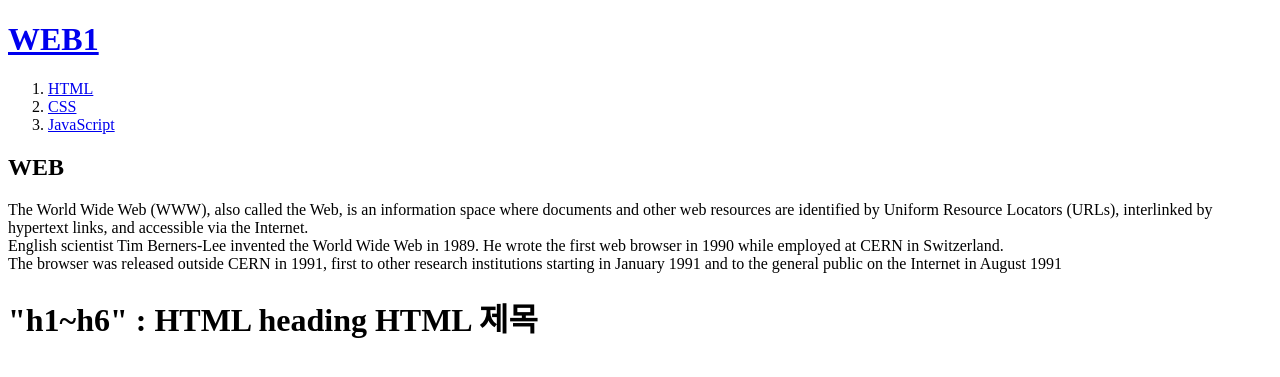
Repository: winterer4/Web-1
Page: HTML5/index.html
An editor plug-in stored every save of this project. The page is shown before and after the next save, followed by the edit.
The browser window is 1280 px wide. The pictures show the whole page.

Above is the page before, as saved 2018-10-29 07:44:23.

After the next save:
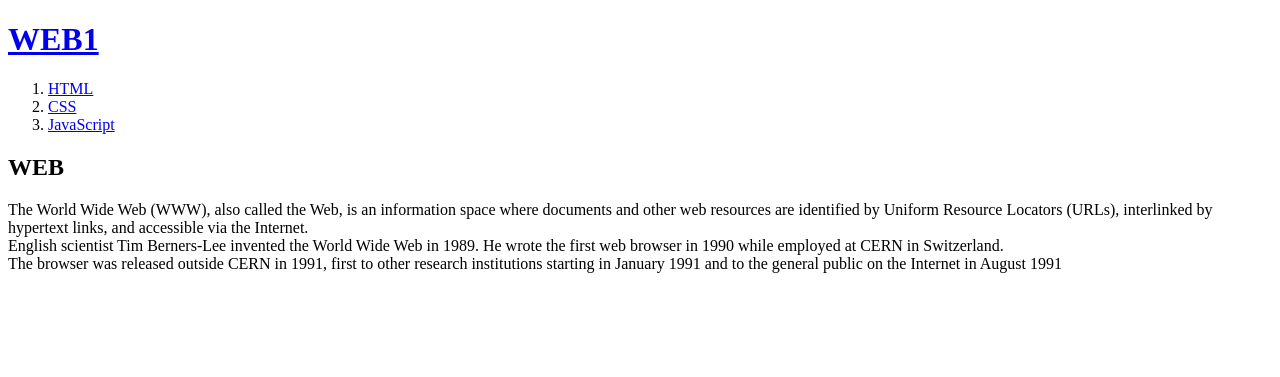
Saved 30 s later.
--- a/HTML5/index.html
+++ b/HTML5/index.html
@@ -22,7 +22,6 @@ The World Wide Web (WWW), also called the Web, is an information space where doc
 </body>
 
 
-<h1>"h1~h6" : HTML heading HTML 제목</h1>
 
 
 
